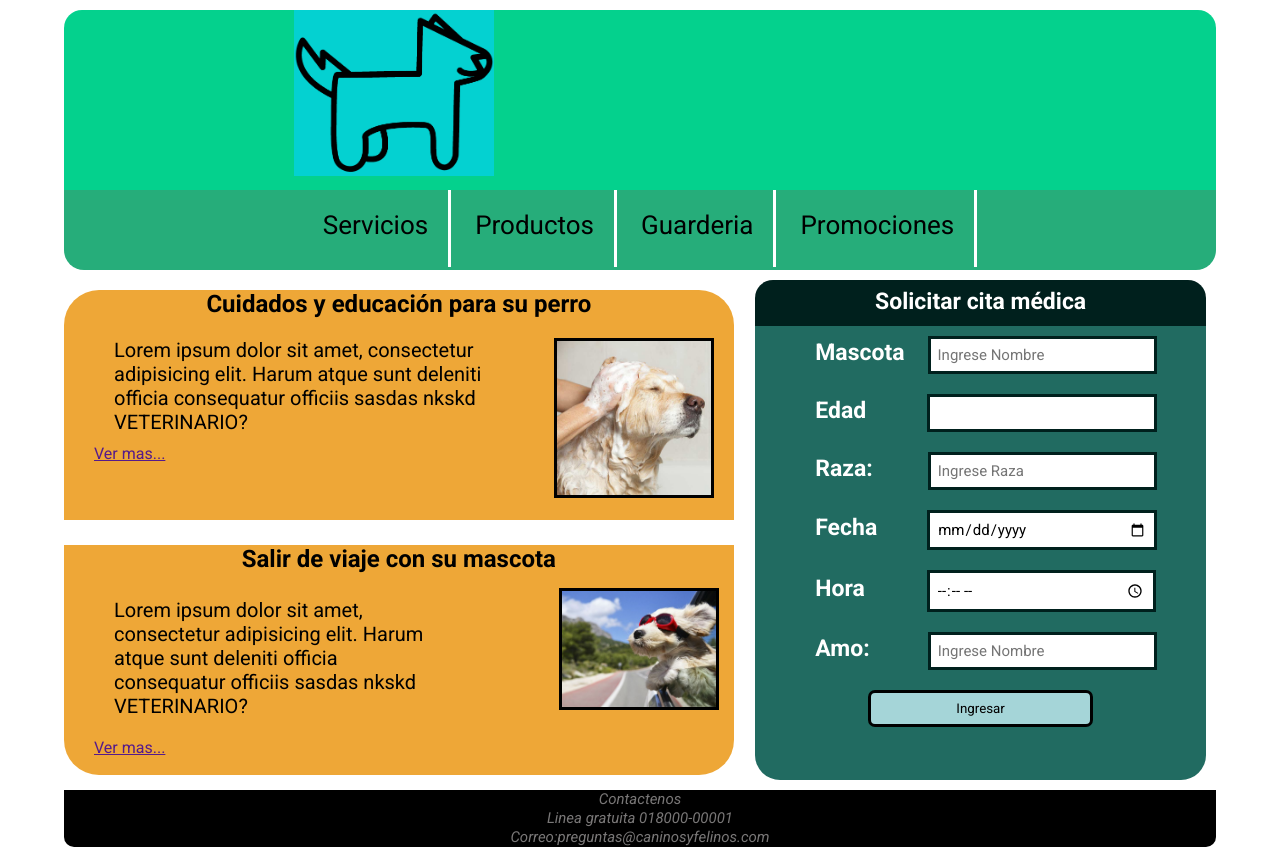
Repository: NickArregoces/Veterinaria
Page: Index.html
An editor plug-in stored every save of this project. The page is shown before and after the next save, followed by the edit.
The browser window is 1280 px wide. The pictures show the whole page.

Above is the page before, as saved 2021-10-08 20:23:04.

### Index.html
<!DOCTYPE html>
<html lang="en">
<head>
    <meta charset="UTF-8">
    <meta http-equiv="X-UA-Compatible" content="IE=edge">
    <meta name="viewport" content="width=device-width, initial-scale=1.0">
    <title>Canicos y felinos</title>
    <link rel="stylesheet" href="/CSS/Style.css">
    <link href="https://fonts.googleapis.com/css2?family=Roboto:ital,wght@0,100;0,300;0,400;0,500;0,700;0,900;1,100;1,300;1,400;1,500;1,700;1,900&display=swap" rel="stylesheet">
    <link rel="preconnect" href="https://fonts.googleapis.com">
    <link rel="preconnect" href="https://fonts.gstatic.com" crossorigin>
    <link href="https://fonts.googleapis.com/css2?family=Abril+Fatface&display=swap" rel="stylesheet">

</head>
<body>
    <div id="head">
        <header>
            <div class="image">
                <img src="/Images/Captura de pantalla 2021-10-04 192824.png" alt="logo">
            </div>
            <div>

            </div>
        </header>

        <div class="navegador">
            <ul class="menu">
                <li><a href="#">Servicios</a></li>
                <li><a href="#">Productos</a></li>
                <li><a href="#">Guarderia</a></li>
                <li><a href="#">Promociones</a></li>
            </ul>
        </div>

    </div>
        <div id="Contenido">
            <div class="section">

                <form action="" class="cita">
                    <h3 style="color: rgb(255, 255, 255);">Solicitar cita médica</h3>
                        <div class="Mascota">
                            <h4>Mascota<input type="text" placeholder="Ingrese Nombre" required></h4>
                        </div>

                        <div class="Edad">
                            <h4>Edad<input type="number" required></h4>
                        </div>

                        <div class="Raza">
                            <h4>Raza:<input type="text" placeholder="Ingrese Raza" required></h4>
                        </div>
                        <div class="Fecha">
                            <h4>Fecha<input type="date" placeholder="" required></h4>
                        </div>

                        <div class="Hora">
                            <h4>Hora<input type="time" required></h4>
                        </div>

                        <div class="Amo">
                            <h4>Amo:<input type="text" placeholder="Ingrese Nombre" required></h4>
                        </div>

                    <div class="button">
                        <button class="sumbit"> Ingresar </button>
                    </div>

                </form>
            </div>

            <div id="Cuadros">
                <aside>
                    <div class="Cuidados">
                        <h2 style="color: rgb(0, 0, 0);">Cuidados y educación para su perro</h2>

                        <div id="Prueba">
                            <img id="Prueba" src="/Images/credit.png" alt="">


                            <p>Lorem ipsum dolor sit amet, consectetur adipisicing elit.
                                Harum atque sunt deleniti officia consequatur officiis
                                sasdas nkskd VETERINARIO?</p>

                            <div class="vinculo"><a href="">Ver mas...</a></div>
                        </div>

                    </div>

                    <div class="Viajes">
                        <h2 style="color: rgb(0, 0, 0);">Salir de viaje con su mascota</h2>

                        <div id="Prueba">
                            <img id="Prueba" src="/Images/Wallpaper(80).jpg" alt="">

                            <p>Lorem ipsum dolor sit amet, consectetur adipisicing elit.
                            Harum atque sunt deleniti officia consequatur officiis
                            sasdas nkskd VETERINARIO?</p>

                            <div class="vinculo1"><a href="">Ver mas...</a></div>
                        </div>
                    </div>
                </aside>
            </div>

            <div>
                <footer>
                        <p>Contactenos</p>
                        <p>Linea gratuita 018000-00001</p>
                        <p>Correo:preguntas@caninosyfelinos.com</p>
                </footer>
            </div>
        </div>

</body>
</html>

### CSS/Style.css

*{
    margin: 0 auto;
    padding: 0px;
    list-style:none;
    font-family: 'Roboto', sans-serif;
}
body{
    font-family: Arial, Helvetica, sans-serif;
    background: rgb(255, 255, 255);
    width: 90%;
    color: rgb(0, 0, 0);
}
header{
    width: 100%;
    margin-top: 10px;
    background: #04d18d;
    border-top-left-radius:  18px;
    border-top-right-radius:  18px;
    height: 180px;
}
    header .image img{
        width: 200px;
        margin-left: 20%;
    }
    .title{
        float: right;
        width: 60%;
        margin-top: 20px;
    }
    header h1{
        font-family: 'Abril Fatface', cursive;
        font-size: 85px;
        text-align: center;
        line-height: 60px;
        display: block;
        color: black;
    }
    header h3{
        font-size: 20px;
        text-align: center;
    }
div.navegador{
    text-align: center;
}
    ul.menu{
        border-bottom-left-radius: 20px 20px;
        border-bottom-right-radius: 20px 20px;
        background: rgb(38, 173, 122);
        height: 80px;
        list-style: none;
        padding: 0;
        max-width: 10000px;
    }
    .menu li a{
        height: 37px;
        font-size: 26px;
        margin-right: 1px;
        text-decoration: none;
        color:black;
        padding: 20px;
        display: table-cell;
    }
    .menu li {
        border-right: solid white;
        display: inline-block;
        }
    .menu li a:hover{
        background: #242323b6;
        color: white;
        }

.section{
    width: 40%;
    float: right;
}
     form{
        background: rgb(33, 107, 97);
        border-radius: 25px;
        margin-top: 10px;
        margin-right:10px;
        margin-bottom: 10px;
        height: 500px;
    }
        form h3{
            font-size: 23px;
            text-align: center;
            background: rgb(0, 32, 29);
            height: 30px;
            padding: 8px;
            border-top-left-radius: 18px;
            border-top-right-radius: 18px;
        }
        form h4{
            font-size: 23px;
            padding: 10px;
            margin-left: 50px;
            color: rgb(255, 255, 255);

        }
        form input{
            font-size: 15px;
            width: 55%;
            padding: 7px;
            display: inline;
            border: solid rgb(0, 32, 29);
            margin-left: 10px;
        }
        div.Mascota input {
            margin-left: 23px;
        }
        div.Edad input {
            margin-left: 61px;
        }
        div.Raza input {
            margin-left: 55px;
        }
        div.Fecha input {
            margin-left: 50px;
        }
        div.Hora input {
            margin-left: 62px;
        }
        div.Amo input {
            margin-left: 58px;
        }
        div.button{
            margin-top: 10px;
            margin: auto;
            text-align: center;
            width: 50%;
            cursor: pointer;
        }
        button{
            margin-top: 10px;
            width: 100%;
            padding: 8px;
            background:#A5D5D8;
            border-radius: 7px;
            border: solid black;
            cursor: pointer;

        }
        button:hover{
            background: #000000b6;
            color: rgb(255, 255, 255);
        }
aside{
    width: 59%;
    height: 500px;
    margin-top: 10px;
    float: left;
    margin-bottom: 10px;
}
    div.Cuidados{
        height: 230px;
        border-top-left-radius: 35px;
        border-top-right-radius: 35px;
        margin-top: 10px;
        margin-right: 10px;
        background:#EEA737;
        overflow:hidden;
    }
    /*Centrado Imagenes aside*/
    #Prueba{
        float: right;
    }
        div.Cuidados h2{
            text-align: center;
        }
        div.Cuidados img {
            margin: 20px;
            width: 23%;
            border: solid black;
        }
        /*Efecto Imagenes aside*/
        div #Prueba img:hover{
            -webkit-transform:scale(0.9);
            transform:scale(0.9);
        }
        div.Cuidados p{
            font-size: 20px;
            margin-top: 20px;
            margin-left: 50px;
            width: 60%;
            display: inline-block;
        }
        div.Cuidados a{
            position: absolute;
            margin-left: 30px;
            margin-top: 10px;
        }

    div.Viajes {
        height: 230px;
        border-bottom-right-radius: 35px;
        border-bottom-left-radius: 35px;
        margin-top: 25px;
        margin-right: 10px;
        background: #EEA737;
        overflow: hidden;
    }
        div.Viajes h2{
            text-align: center;
        }
        div.Viajes img {
            width: 23%;
            margin: 15px;
            border: solid black;
        }
        div.Viajes p{
            font-size: 20px;
            margin-top: 25px;
            margin-left: 50px;
            width: 50%;
            display: inline-block;
        }
        div.vinculo1 a{
            position: absolute;
            margin-left: 30px;
            margin-top: 20px;
        }

footer{
    background: black;
    clear: both;
    border-bottom-left-radius: 10px;
    border-bottom-right-radius: 10px;
}
    footer p{
        font-size: 15px;
        text-align: center;
        line-height: 15px;
        color: rgb(121, 119, 119);
        font-style:italic;
        padding: 2px;
    }

After the next save:
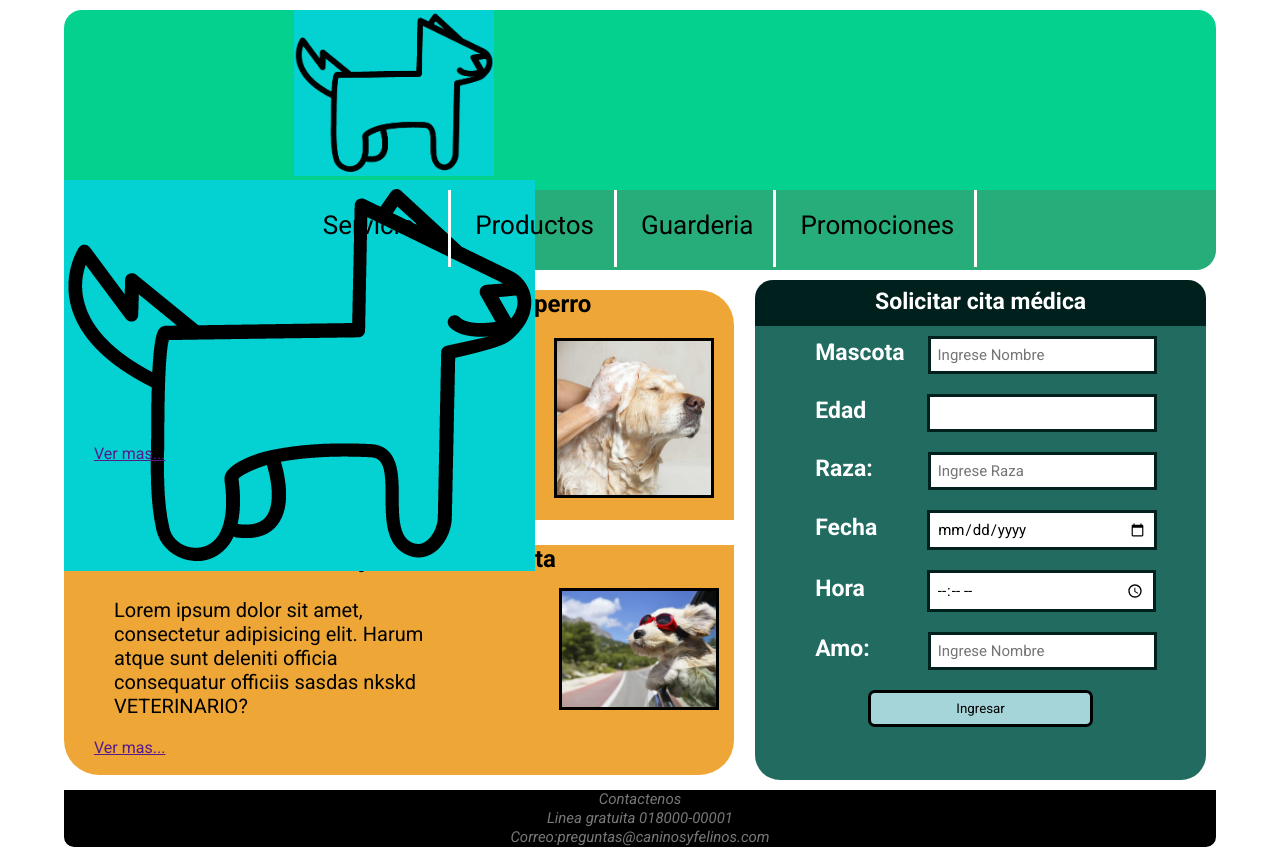
Saved 5 s later.
--- a/Index.html
+++ b/Index.html
@@ -19,7 +19,7 @@
                 <img src="/Images/Captura de pantalla 2021-10-04 192824.png" alt="logo">
             </div>
             <div>
-
+                <img src="/Images/Captura de pantalla 2021-10-04 192824.png" alt="logo">
             </div>
         </header>
 

After the 3 saves that followed:
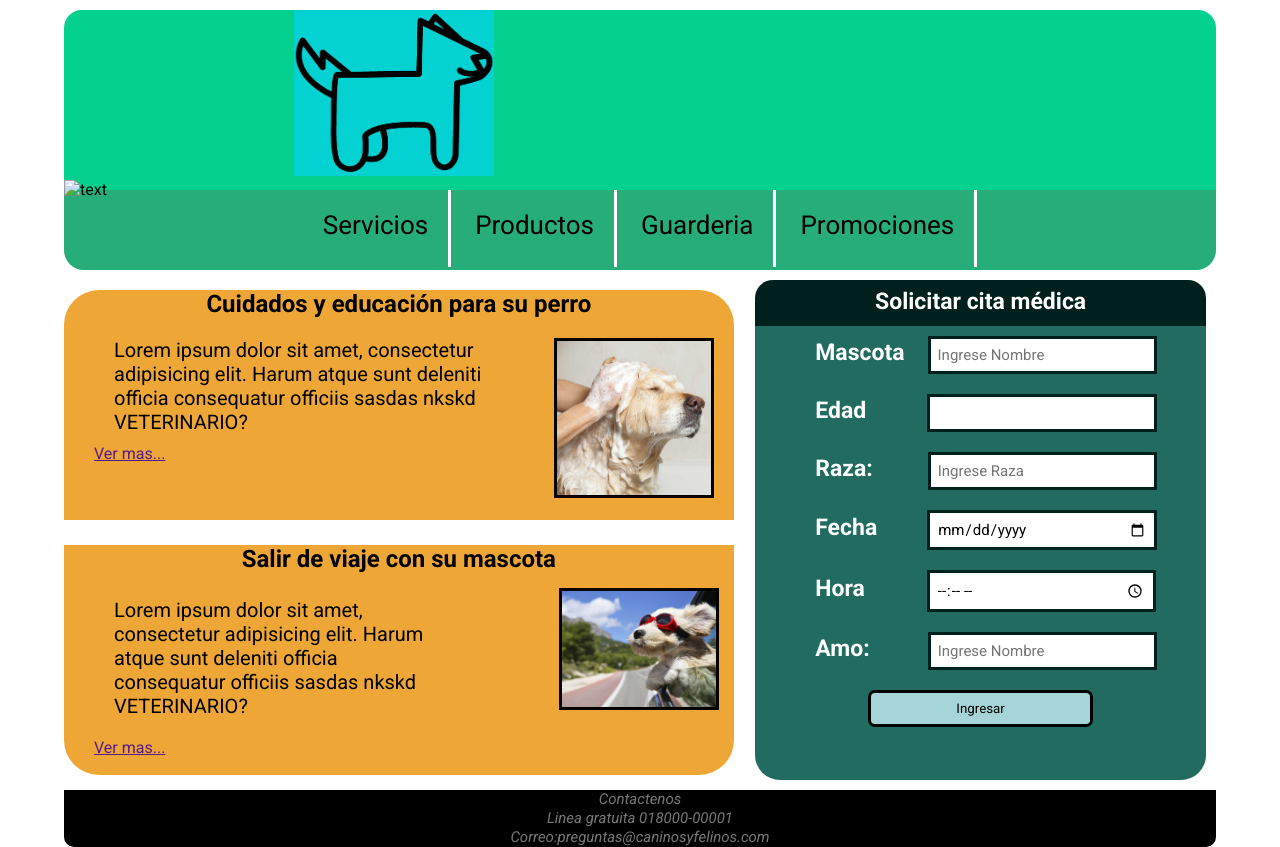
The 3 saves are shown as one change because 1 left the picture as it was and some came seconds apart.
The last was saved 16 s later.
--- a/Index.html
+++ b/Index.html
@@ -18,8 +18,8 @@
             <div class="image">
                 <img src="/Images/Captura de pantalla 2021-10-04 192824.png" alt="logo">
             </div>
-            <div>
-                <img src="/Images/Captura de pantalla 2021-10-04 192824.png" alt="logo">
+            <div class="text">
+                <img src="" alt="text">
             </div>
         </header>
 
